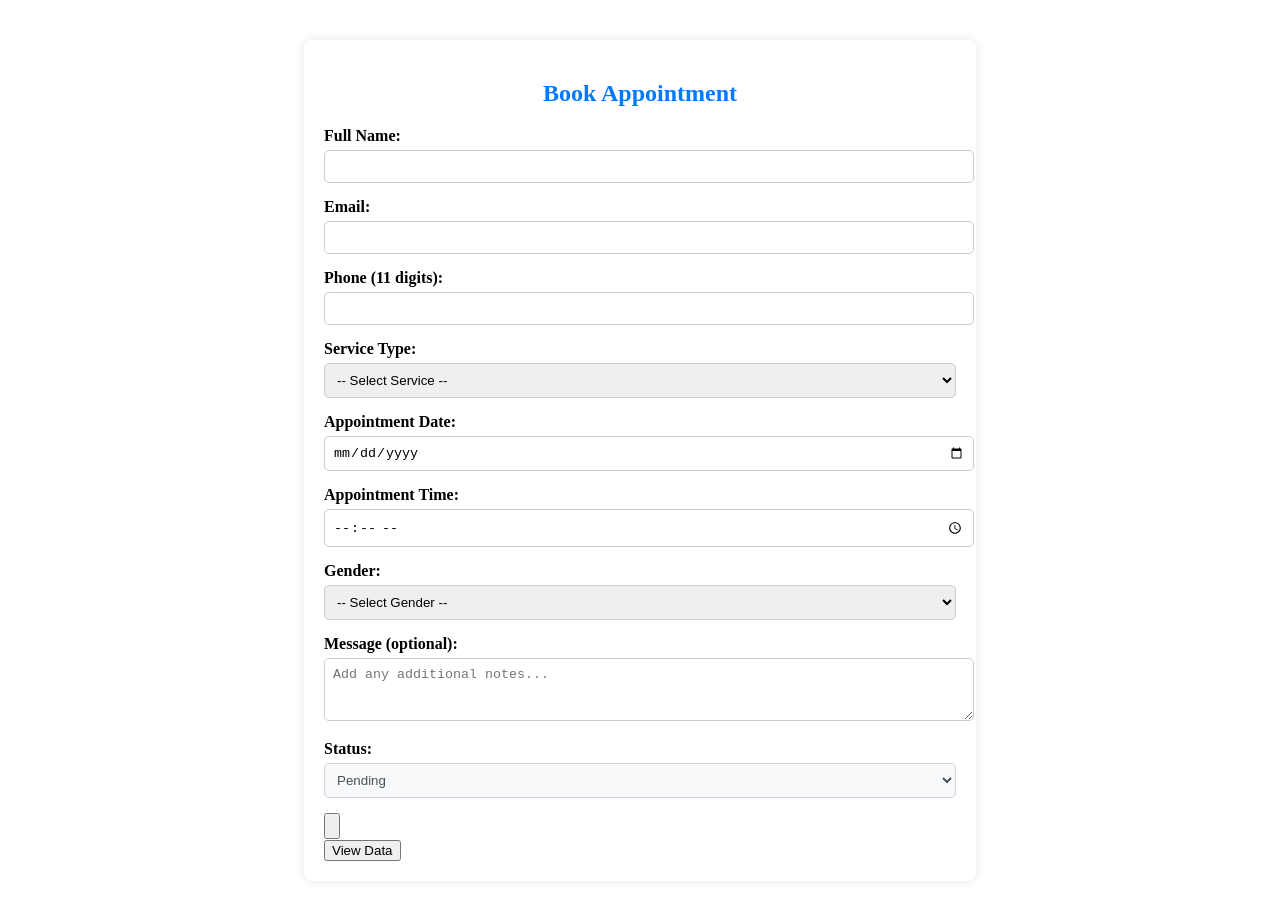
Repository: Arisha004/Hospital-Appointment-Management-System
Page: http://localhost/
An editor plug-in stored every save of this project. The page is shown before and after a run of saves, followed by the edit.
The browser window is 1280 px wide. The pictures show the whole page.
The page is run by PHP 8.4 with error messages shown; the project is at /var/www/html/.

Above is the page before, as saved 2025-10-21 01:26:07.

### index.php

<!DOCTYPE html>
<html lang="en">
<head>
<meta charset="UTF-8">
<meta name="viewport" content="width=device-width, initial-scale=1.0">
<title>Book Appointment</title>
<style>


  .container1 { width: 50%; margin: 40px auto; background: #fff; padding: 20px; border-radius: 8px; box-shadow: 0 0 10px rgba(0,0,0,0.1); }
  h2 { text-align: center; color: #007bff; }
  label { font-weight: bold; display: block; margin-bottom: 5px; }
  input, select, textarea {
      width: 100%;
      padding: 8px;
      margin-bottom: 15px;
      border: 1px solid #ccc;
      border-radius: 5px;
  }
  input[type=submit] {
      background-color: #007bff;
      color: white;
      border: none;
      padding: 10px 15px;
      cursor: pointer;
      border-radius: 5px;
  }
  input[type=submit]:hover {
      background-color: #0056b3;
  }
  select[name="status"] {
    background-color: #f8f9fa;
    color: #495057;
    padding: 8px;
    margin-bottom: 15px;
    border: 1px solid #ced4da;
    border-radius: 5px;
    width: 100%;
}

select[name="status"] option[value="Pending"] { color: #ffc107; }
select[name="status"] option[value="Confirmed"] { color: #28a745; }
select[name="status"] option[value="Cancelled"] { color: #dc3545; }
select[name="status"] option[value="Completed"] { color: #17a2b8; }
</style>
</head>
<body>

<div class="container1">
  <h2>Book Appointment</h2>
  <form method="POST" action="insertappointmentform.php">

    <label>Full Name:</label>
    <input type="text" name="full_name" required pattern="[A-Za-z\s]+" title="Name should contain only letters.">

    <label>Email:</label>
    <input type="email" name="email" required>

    <label>Phone (11 digits):</label>
    <input type="text" name="phone" required pattern="[0-9]{11}" title="Phone number must be exactly 11 digits." maxlength="11">

    <label>Service Type:</label>
    <select name="service_type" required>
      <option value="">-- Select Service --</option>
      <option value="Consultation">Consultation</option>
      <option value="Follow-up">Follow-up</option>
      <option value="Check-up">Check-up</option>
      <option value="Emergency">Emergency</option>
    </select>

    <label>Appointment Date:</label>
    <input type="date" name="appointment_date" required min="<?php echo date('Y-m-d'); ?>">

    <label>Appointment Time:</label>
    <input type="time" name="appointment_time" required>

    <label>Gender:</label>
    <select name="gender" required>
      <option value="">-- Select Gender --</option>
      <option value="Male">Male</option>
      <option value="Female">Female</option>
      <option value="Other">Other</option>
    </select>

    <label>Message (optional):</label>
    <textarea name="message" rows="3" placeholder="Add any additional notes..."></textarea>
  <label>Status:</label>
    <select name="status" required>
      <option value="Pending">Pending</option>
      <option value="Confirmed">Confirmed</option>
      <option value="Cancelled">Cancelled</option>
      <option value="Completed">Completed</option>
    </select>

    <input type="hidden" name="created_at" value="<?php echo date('Y-m-d H:i:s'); ?>">

    <button  type="submit" name="submit"><a href="insertfor" Book Appointment</button>
  </form>


<div style="margin-top:20px;">
    <form action="list.php" method="get">
    <button type="submit">View Data</button>
    </form>

</div>
</body>
</html>

After the next 3 saves:
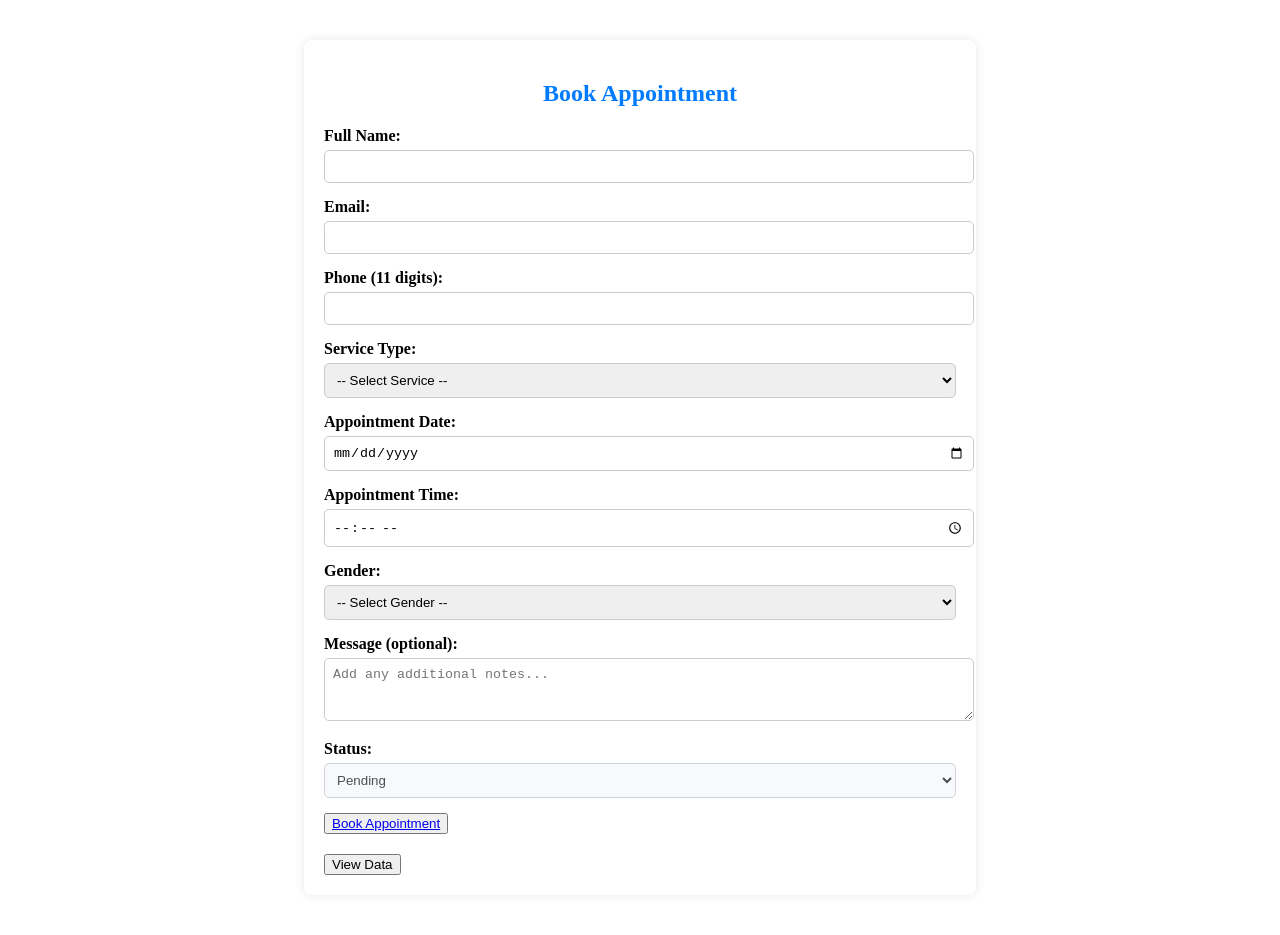
The 3 saves are shown as one change because they came seconds apart.
The last was saved 13 s later.
--- a/index.php
+++ b/index.php
@@ -95,7 +95,7 @@ select[name="status"] option[value="Completed"] { color: #17a2b8; }
 
     <input type="hidden" name="created_at" value="<?php echo date('Y-m-d H:i:s'); ?>">
 
-    <button  type="submit" name="submit"><a href="insertfor" Book Appointment</button>
+    <button  type="submit" name="submit"><a href="insertappointmentform.php"> Book Appointment</a></button>
   </form>
 
 
